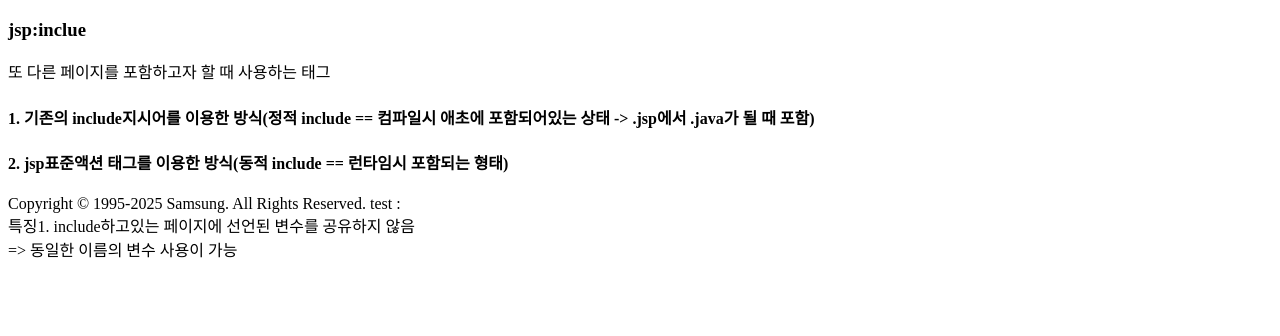
Repository: HwangInTae82/JSPProject
Page: http://localhost/elAction/views/2_standard_action_tag/01_include.jsp
These files come from the project's save history. The page is drawn as it stood at one moment and after the next save; the edit follows.
The browser window is 1280 px wide. The pictures show the whole page.
The page is served by Tomcat 10. Other server files are loaded and not shown.

Above is the page before, as saved 2025-02-24 03:30:25.

### elAction/src/main/webapp/views/2_standard_action_tag/01_include.jsp
<%@ page language="java" contentType="text/html; charset=UTF-8"
    pageEncoding="UTF-8"%>
<!DOCTYPE html>
<html>
<head>
<meta charset="UTF-8">
<title>Insert title here</title>
</head>
<body>
    <h3>jsp:inclue</h3>
    <p>또 다른 페이지를 포함하고자 할 때 사용하는 태그</p>

    <h4>1. 기존의 include지시어를 이용한 방식(정적 include == 컴파일시 애초에 포함되어있는 상태 -> .jsp에서 .java가 될 때 포함)</h4>

    <%--
    <%@ include file="footer.jsp" %>
    <br><br>

    특징 : include하고있는 페이지상의 선언되어있는 변수를 현재 페이지에서도 사용가능 <br>
    include한 페이지의 year변수 : <%=year%> <br><br>


    => 단 현재 이페이지에서 동일한 이름의 변수를 선언할 수 없다. <br>
    <%int year = 2025;%>
    --%>

    <h4>2. jsp표준액션 태그를 이용한 방식(동적 include == 런타임시 포함되는 형태)</h4>
    <jsp:include page="footer.jsp" />
    <br>

    특징1. include하고있는 페이지에 선언된 변수를 공유하지 않음 <br>
    => 동일한 이름의 변수 사용이 가능 <br><br>
    <% int year = 2025; %>

</body>
</html>

### elAction/src/main/webapp/views/2_standard_action_tag/footer.jsp
<%@ page language="java" contentType="text/html; charset=UTF-8"
    pageEncoding="UTF-8"%>
<!DOCTYPE html>
<html>
<head>
<meta charset="UTF-8">
<title>Insert title here</title>
</head>
<body>
    <%
        String year= new java.text.SimpleDateFormat("yyyy").format(new java.util.Date());
    %>
    Copyright © 1995-2025 Samsung. All Rights Reserved.
    test : ${param.test}

</body>
</html>

After the next save:
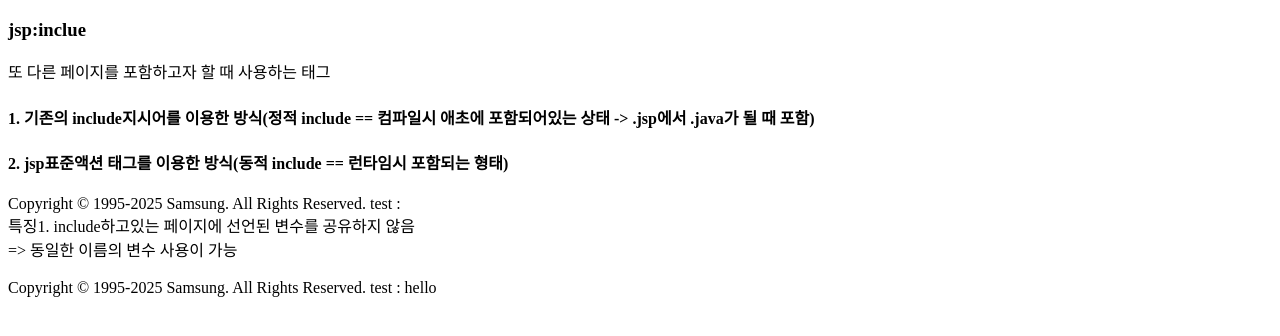
Saved 51 s later.
--- a/elAction/src/main/webapp/views/2_standard_action_tag/01_include.jsp
+++ b/elAction/src/main/webapp/views/2_standard_action_tag/01_include.jsp
@@ -32,5 +32,9 @@
     => 동일한 이름의 변수 사용이 가능 <br><br>
     <% int year = 2025; %>
 
+    <jsp:include page="footer.jsp">
+    	<jsp:param name="test" value="hello" />
+    </jsp:include>
+
 </body>
 </html>
